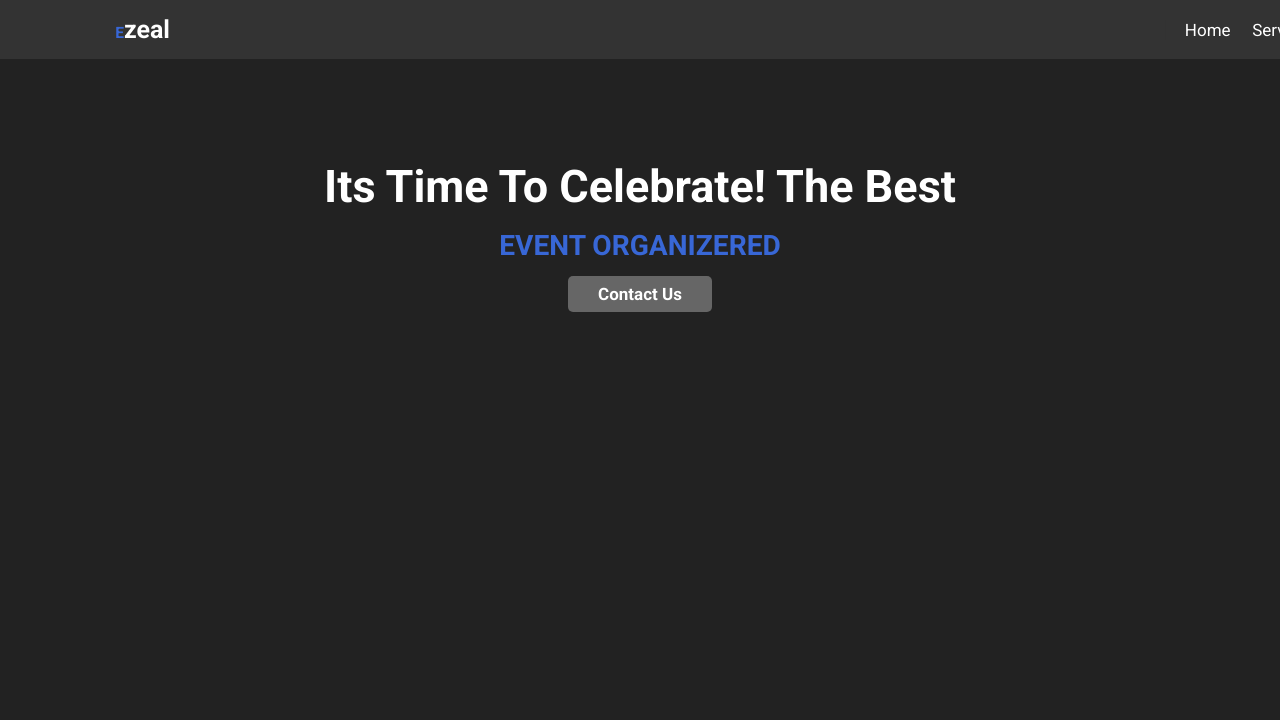
Repository: Jayce1607/First-clone
Page: html/index.html
An editor plug-in stored every save of this project. The page is shown before and after the next save, followed by the edit.
The browser window is 1280 px wide. The pictures show the whole page.

Above is the page before, as saved 2021-08-26 18:37:57.

After the next save:
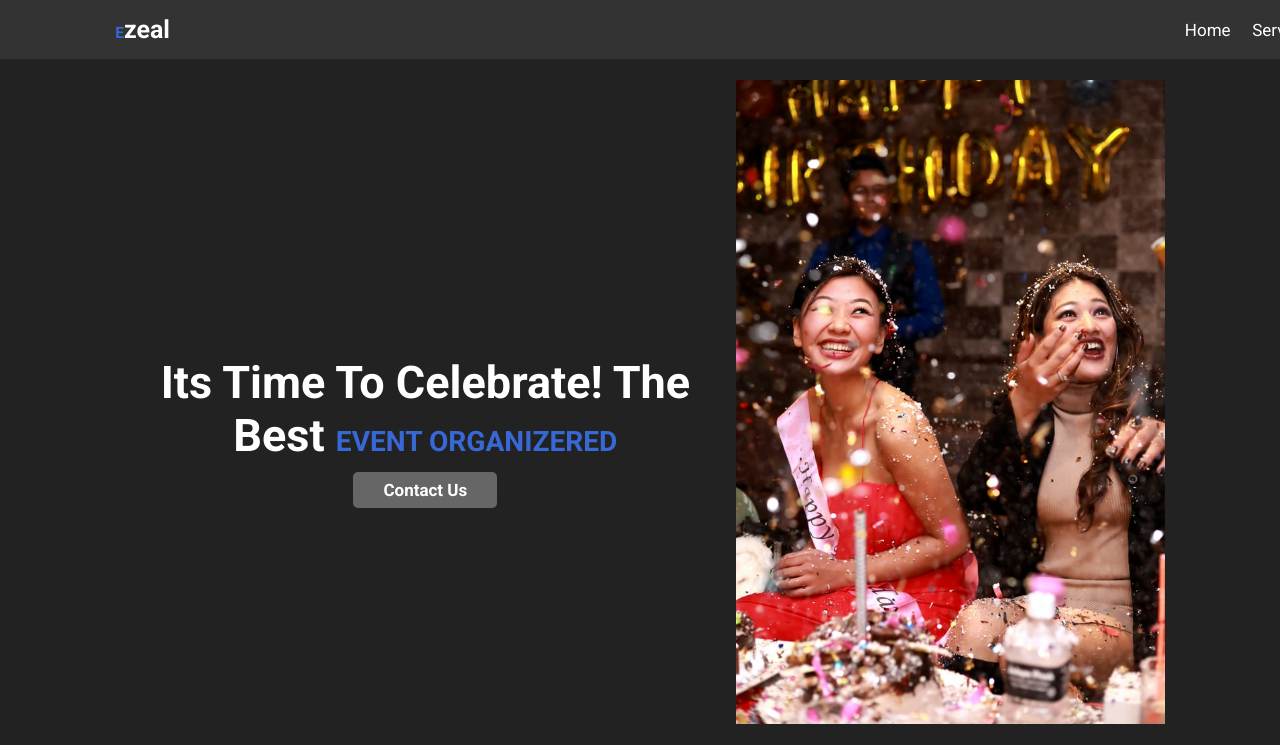
Saved 71 s later.
--- a/html/index.html
+++ b/html/index.html
@@ -35,6 +35,13 @@
       <h3>its time to celebrate! the best <span>event organizered</span></h3>
       <a href="#" class="btn">Contact Us</a>
     </div>
+    <div class="home-slider">
+      <div class="wrapper">
+        <div class="slide">
+          <img src="../images/slide-1.jpg" alt="">
+        </div>
+      </div>
+    </div>
   </section>
   <!-- home section end -->
 
